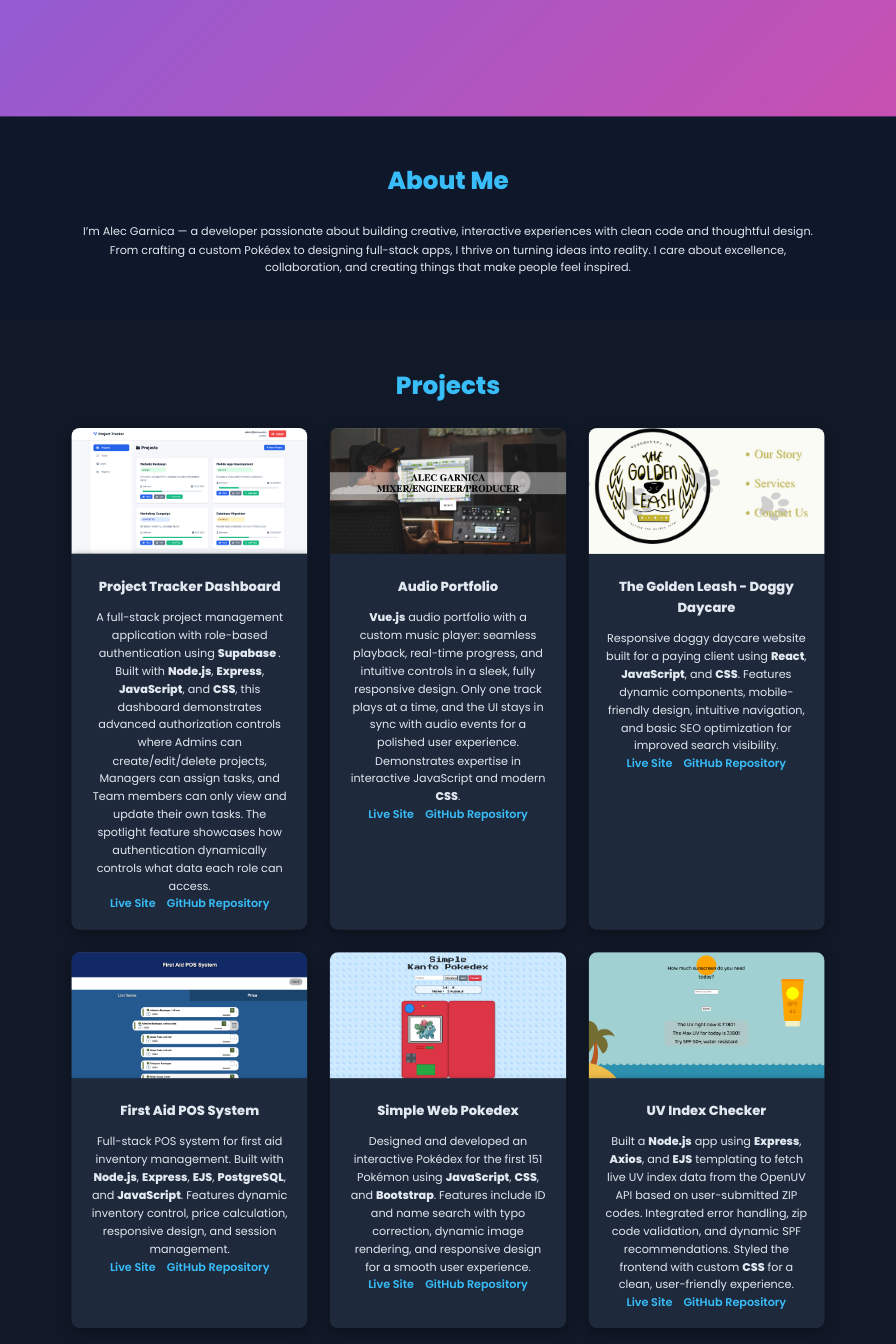
Repository: Aworminator/Portfolio
Page: index.html
An editor plug-in stored every save of this project. The page is shown before and after the next save, followed by the edit.
The browser window is 1280 px wide. The pictures show the part of the page from y = 545 to 2465 px (the page is 3065 px tall), at 70% of full size.

Above is the page before, as saved 2025-10-05 21:07:21.
Console error: ReferenceError: emailjs is not defined

### index.html
<!DOCTYPE html>
<html lang="en">
  <head>
    <meta charset="UTF-8" />
    <meta name="viewport" content="width=device-width, initial-scale=1.0" />
    <title>Alec Garnica | Portfolio</title>
    <link rel="stylesheet" href="style.css" />
    <link
      href="https://fonts.googleapis.com/css2?family=Poppins:wght@400;600;800&display=swap"
      rel="stylesheet"
    />
  </head>
  <body>
    <!-- Navbar -->
    <nav class="navbar">
      <div class="logo">Alec Garnica</div>
      <ul class="nav-links">
        <li><a href="#about">About</a></li>
        <li><a href="#projects">Projects</a></li>
        <li><a href="#contact">Contact</a></li>
      </ul>
    </nav>

    <!-- Hero Section -->
    <header class="hero">
      <div class="hero-content">
        <h1>Hello, I’m <span>Alec</span></h1>
        <p class="tagline">
          Full-Stack Developer | Creator of interactive, intuitive web
          experiences
        </p>
        <a
          href="#projects"
          class="btn"
          onclick="document.querySelector('#projects').scrollIntoView({ behavior: 'smooth' }); return false;"
          >See My Work</a
        >
        <a
          href="https://github.com/aworminator"
          target="_blank"
          class="btn github-btn"
          >My GitHub</a
        >
      </div>
    </header>

    <!-- About Section -->
    <section id="about" class="section">
      <h2>About Me</h2>
      <p>
        I’m Alec Garnica — a developer passionate about building creative,
        interactive experiences with clean code and thoughtful design. From
        crafting a custom Pokédex to designing full-stack apps, I thrive on
        turning ideas into reality. I care about excellence, collaboration, and
        creating things that make people feel inspired.
      </p>
    </section>

    <!-- Projects Section -->
    <section id="projects" class="section alt-bg">
      <h2>Projects</h2>
      <div class="projects-grid">
        <!-- Project Tracker -->
        <div class="card">
          <img
            src="./images/project tracker.png"
            alt="Project Tracker Dashboard"
          />
          <div class="card-content">
            <h3>Project Tracker Dashboard</h3>
            <p>
              A full-stack project management application with role-based
              authentication using <strong>Supabase </strong>. Built with
              <strong>Node.js</strong>, <strong>Express</strong>,
              <strong>JavaScript</strong>, and <strong>CSS</strong>, this
              dashboard demonstrates advanced authorization controls where
              Admins can create/edit/delete projects, Managers can assign tasks,
              and Team members can only view and update their own tasks. The
              spotlight feature showcases how authentication dynamically
              controls what data each role can access.
            </p>
            <div class="links">
              <a
                href="https://project-tracker-alec-2025.fly.dev/login"
                target="_blank"
                >Live Site</a
              >
              <a
                href="https://github.com/Aworminator/Project-Tracker-2025"
                target="_blank"
                >GitHub Repository</a
              >
            </div>
          </div>
        </div>

        <!-- Vue.js Audio Portfolio -->
        <div class="card">
          <img src="./images/Audio Website.png" alt="" />
          <div class="card-content">
            <h3>Audio Portfolio</h3>
            <p>
              <strong>Vue.js</strong> audio portfolio with a custom music
              player: seamless playback, real-time progress, and intuitive
              controls in a sleek, fully responsive design. Only one track plays
              at a time, and the UI stays in sync with audio events for a
              polished user experience. Demonstrates expertise in interactive
              JavaScript and modern <strong>CSS</strong>.
            </p>
            <div class="links">
              <a href="https://www.alecgarnica.com" target="_blank"
                >Live Site</a
              >
              <a
                href="https://github.com/Aworminator/Alec-Garnica-Audio-Portfolio"
                target="_blank"
                >GitHub Repository</a
              >
            </div>
          </div>
        </div>

        <!-- The Golden Leash -->
        <div class="card">
          <img
            src="./images/The Golden Leash Website.png"
            alt="The Golden Leash - Doggy Daycare"
          />
          <div class="card-content">
            <h3>The Golden Leash - Doggy Daycare</h3>
            <p>
              Responsive doggy daycare website built for a paying client using
              <strong>React</strong>, <strong>JavaScript</strong>, and
              <strong>CSS</strong>. Features dynamic components, mobile-friendly
              design, intuitive navigation, and basic SEO optimization for
              improved search visibility.
            </p>
            <div class="links">
              <a
                href="https://aworminator.github.io/golden-leash-website-react/"
                target="_blank"
                >Live Site</a
              >
              <a
                href="https://github.com/Aworminator/golden-leash-website-react"
                target="_blank"
                >GitHub Repository</a
              >
            </div>
          </div>
        </div>

        <!-- First Aid POS System -->
        <div class="card">
          <img
            src="./images/POS System Website.png"
            alt="First Aid POS System"
          />
          <div class="card-content">
            <h3>First Aid POS System</h3>
            <p>
              Full-stack POS system for first aid inventory management. Built
              with <strong>Node.js</strong>, <strong>Express</strong>,
              <strong>EJS</strong>, <strong>PostgreSQL</strong>, and
              <strong>JavaScript</strong>. Features dynamic inventory control,
              price calculation, responsive design, and session management.
            </p>
            <div class="links">
              <a
                href="https://first-aid-pos-system.onrender.com"
                target="_blank"
                >Live Site</a
              >
              <a
                href="https://github.com/aworminator/First-Aid-POS-System"
                target="_blank"
                >GitHub Repository</a
              >
            </div>
          </div>
        </div>

        <!-- Simple Web Pokedex -->
        <div class="card">
          <img
            src="./images/Simple Pokedex Website.png"
            alt="Simple Web Pokedex"
          />
          <div class="card-content">
            <h3>Simple Web Pokedex</h3>
            <p>
              Designed and developed an interactive Pokédex for the first 151
              Pokémon using <strong>JavaScript</strong>, <strong>CSS</strong>,
              and <strong>Bootstrap</strong>. Features include ID and name
              search with typo correction, dynamic image rendering, and
              responsive design for a smooth user experience.
            </p>
            <div class="links">
              <a
                href="https://aworminator.github.io/Simple-Kanto-Pokedex/"
                target="_blank"
                >Live Site</a
              >
              <a
                href="https://github.com/aworminator/Simple-Kanto-Pokedex"
                target="_blank"
                >GitHub Repository</a
              >
            </div>
          </div>
        </div>

        <!-- UV Index Checker -->
        <div class="card">
          <img
            src="./images/API Sunscreen Website.png"
            alt="UV Index Checker"
          />
          <div class="card-content">
            <h3>UV Index Checker</h3>
            <p>
              Built a <strong>Node.js</strong> app using
              <strong>Express</strong>, <strong>Axios</strong>, and
              <strong>EJS</strong> templating to fetch live UV index data from
              the OpenUV API based on user-submitted ZIP codes. Integrated error
              handling, zip code validation, and dynamic SPF recommendations.
              Styled the frontend with custom <strong>CSS</strong> for a clean,
              user-friendly experience.
            </p>
            <div class="links">
              <a
                href="https://api-sunscreen-website.onrender.com/"
                target="_blank"
                >Live Site</a
              >
              <a
                href="https://github.com/aworminator/API-Sunscreen-Website"
                target="_blank"
                >GitHub Repository</a
              >
            </div>
          </div>
        </div>
      </div>
    </section>

    <!-- Contact Section -->
    <section id="contact" class="section">
      <h2>Contact Me</h2>
      <form id="contact-form" onsubmit="sendEmail(event)">
        <input
          type="text"
          id="name"
          name="from_name"
          placeholder="Your Name"
          required
        />
        <input
          type="email"
          id="email"
          name="reply_to"
          placeholder="Your Email"
          required
        />
        <textarea
          id="message"
          name="message"
          placeholder="Your Message"
          rows="5"
          required
        ></textarea>
        <button type="submit" class="btn">Send Message</button>
      </form>
    </section>

    <!-- Footer -->
    <footer>
      <p>
        &copy; <span id="current-year"></span> Alec Garnica. All rights
        reserved.
      </p>
    </footer>

    <!-- Scripts -->
    <script src="https://cdn.jsdelivr.net/npm/@emailjs/browser@4/dist/email.min.js"></script>
    <script>
      (function () {
        emailjs.init({ publicKey: "Av33DaVyg5wDM5N9s" });
      })();

      function sendEmail(event) {
        event.preventDefault();
        emailjs
          .sendForm(
            "service_x2fv1ji",
            "template_xrm7y6m",
            document.getElementById("contact-form")
          )
          .then(
            () => {
              alert("Message sent successfully!");
              document.getElementById("contact-form").reset();
            },
            (error) => {
              alert("Failed to send message.");
              console.error(error);
            }
          );
      }
      document.getElementById("current-year").textContent =
        new Date().getFullYear();
    </script>
  </body>
</html>

### style.css
:root {
  --bg: #0f172a;
  --text: #e2e8f0;
  --accent: #38bdf8;
  --card-bg: #1e293b;
}

* {
  margin: 0;
  padding: 0;
  box-sizing: border-box;
}

body {
  font-family: 'Poppins', sans-serif;
  background: var(--bg);
  color: var(--text);
  line-height: 1.6;
}

/* Navbar */
.navbar {
  display: flex;
  justify-content: space-between;
  padding: 1.2rem 5%;
  background: rgba(15, 23, 42, 0.9);
  position: sticky;
  top: 0;
  z-index: 100;
}
.nav-links {
  list-style: none;
  display: flex;
  gap: 2rem;
}
.nav-links a {
  color: var(--text);
  text-decoration: none;
  font-weight: 500;
  transition: color 0.3s ease;
}
.nav-links a:hover {
  color: var(--accent);
}

/* Hero */
.hero {
  height: 90vh;
  display: flex;
  align-items: center;
  justify-content: center;
  text-align: center;
  background: linear-gradient(135deg, #0ea5e9, #6366f1, #ec4899);
  background-size: 400% 400%;
  animation: gradientMove 12s ease infinite;
}
@keyframes gradientMove {
  0% { background-position: 0% 50%; }
  50% { background-position: 100% 50%; }
  100% { background-position: 0% 50%; }
}
.hero h1 {
  font-size: 3rem;
  font-weight: 800;
}
.hero h1 span {
  color: var(--accent);
}
.hero .tagline {
  margin: 1rem 0 2rem;
  font-size: 1.2rem;
}
.btn {
  background: var(--accent);
  color: var(--bg);
  padding: 0.8rem 1.5rem;
  border: none;
  border-radius: 8px;
  font-weight: 600;
  cursor: pointer;
  transition: transform 0.3s ease;
}
.btn:hover {
  transform: translateY(-3px);
}

/* Sections */
.section {
  padding: 4rem 8%;
  text-align: center;
}
.section h2 {
  font-size: 2.2rem;
  margin-bottom: 2rem;
  color: var(--accent);
}
.alt-bg {
  background: #111827;
}

/* Projects */
.projects-grid {
  display: grid;
  grid-template-columns: repeat(auto-fit, minmax(280px, 1fr));
  gap: 2rem;
}
.card {
  background: var(--card-bg);
  border-radius: 12px;
  overflow: hidden;
  box-shadow: 0 6px 20px rgba(0,0,0,0.3);
  transition: transform 0.3s ease;
}
.card:hover {
  transform: translateY(-8px);
}
.card img {
  width: 100%;
  height: 180px;
  object-fit: cover;
}
.card-content {
  padding: 1.5rem;
}
.card-content h3 {
  margin-bottom: 1rem;
}
.links {
  display: flex;
  justify-content: center;
  gap: 1rem;
}
.links a {
  color: var(--accent);
  text-decoration: none;
  font-weight: 600;
}

/* Contact */
form {
  max-width: 500px;
  margin: 0 auto;
  display: flex;
  flex-direction: column;
  gap: 1rem;
}
form input, form textarea {
  padding: 0.8rem;
  border-radius: 8px;
  border: none;
  outline: none;
}
form textarea {
  resize: none;
}

/* Footer */
footer {
  text-align: center;
  padding: 1.5rem;
  background: #0f172a;
  font-size: 0.9rem;
}

After the next save:
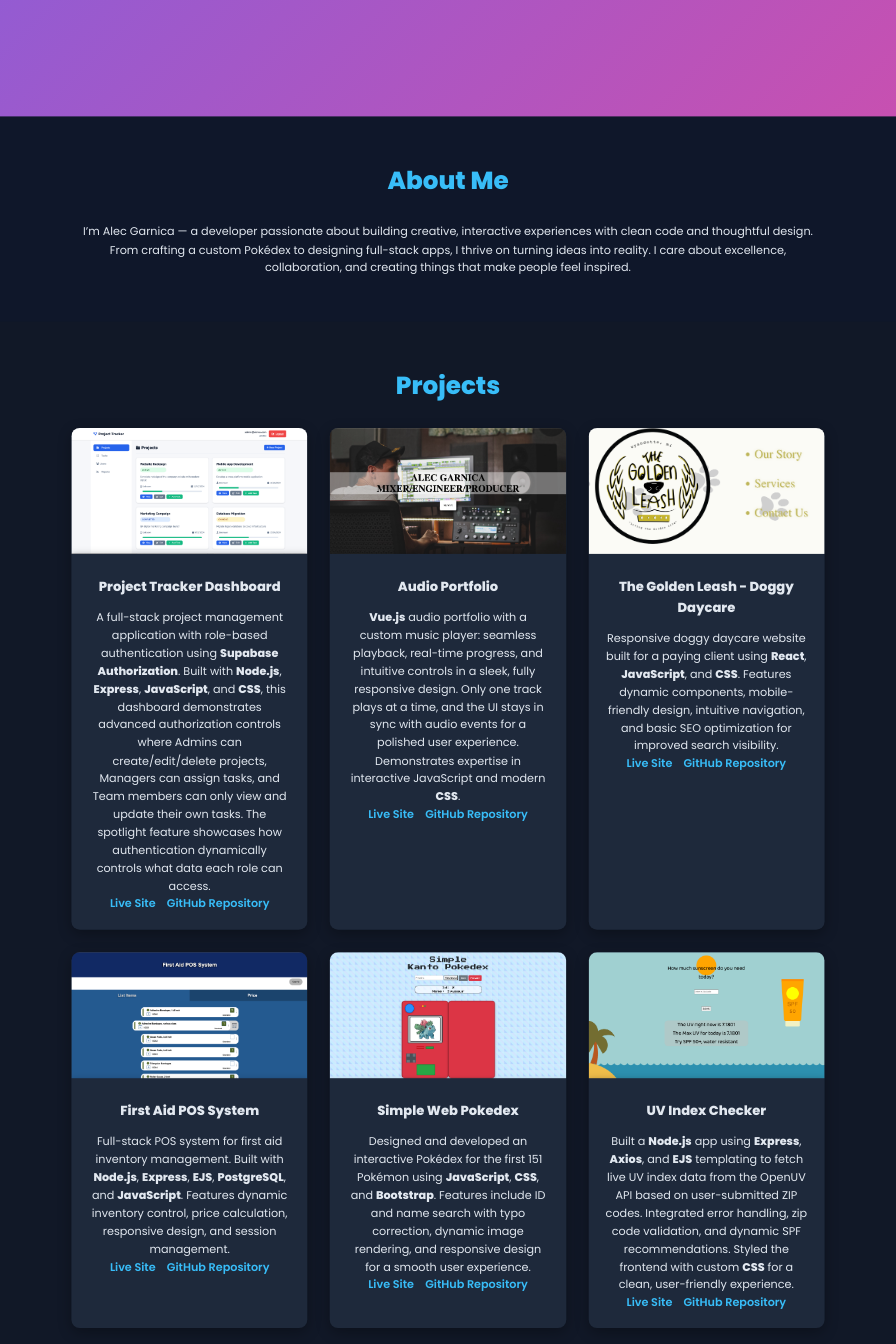
Saved 5 s later.
--- a/index.html
+++ b/index.html
@@ -70,7 +70,7 @@
             <h3>Project Tracker Dashboard</h3>
             <p>
               A full-stack project management application with role-based
-              authentication using <strong>Supabase </strong>. Built with
+              authentication using <strong>Supabase Authorization</strong>. Built with
               <strong>Node.js</strong>, <strong>Express</strong>,
               <strong>JavaScript</strong>, and <strong>CSS</strong>, this
               dashboard demonstrates advanced authorization controls where
